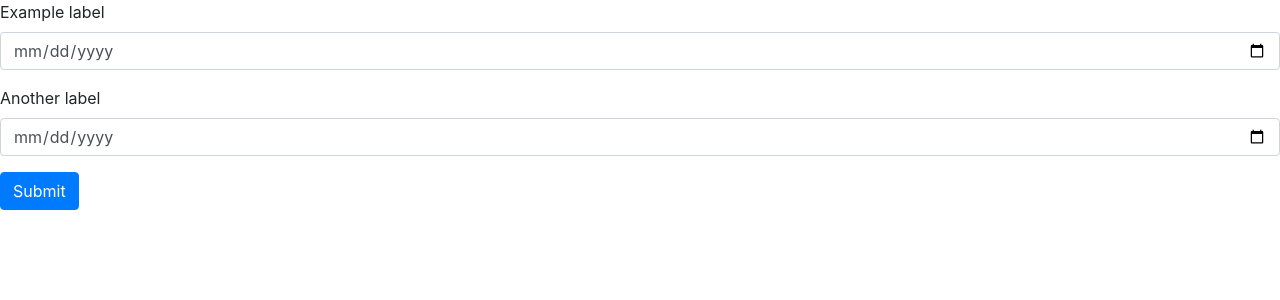
Repository: nguyenquocvuong010195/Jsp-Servlet
Page: http://localhost/JSP-Servlet-Buy/SearchDayServlet
These files come from the project's save history. The page is drawn as it stood at one moment and after the next save; the edit follows.
The browser window is 1280 px wide. The pictures show the whole page.
The page is served by Tomcat 9.

Above is the page before, as saved 2020-08-03 05:07:58.

After the next save:
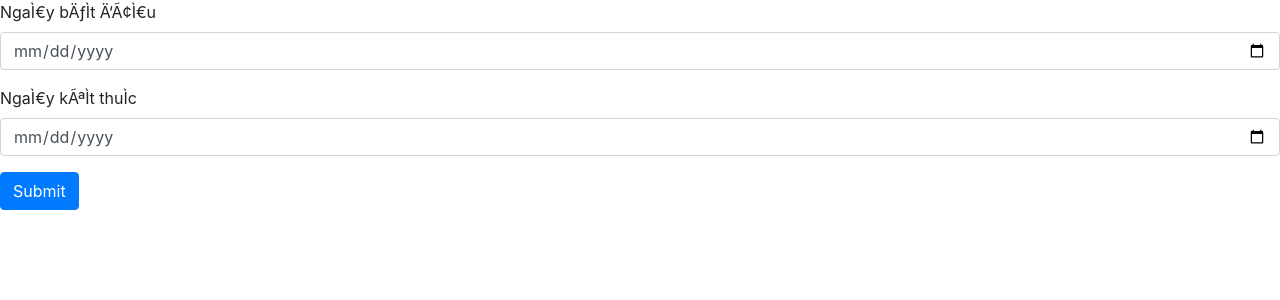
Saved 3 min 17 s later.
--- a/JSP-Servlet/JSP-Servlet-Buy/WebContent/searchDay.jsp
+++ b/JSP-Servlet/JSP-Servlet-Buy/WebContent/searchDay.jsp
@@ -44,12 +44,12 @@
 	</div>
 	<form action="SearchDayServlet" method="POST">
 		<div class="form-group">
-			<label for="formGroupExampleInput">Example label</label> <input
+			<label for="formGroupExampleInput">Ngày bắt đầu </label> <input
 				type="date" class="form-control" name="bf"
 				id="formGroupExampleInput" placeholder="Example input">
 		</div>
 		<div class="form-group">
-			<label for="formGroupExampleInput2">Another label</label> <input
+			<label for="formGroupExampleInput2">Ngày kết thúc</label> <input
 				type="date" class="form-control" name="at"
 				id="formGroupExampleInput2" placeholder="Another input">
 		</div>
